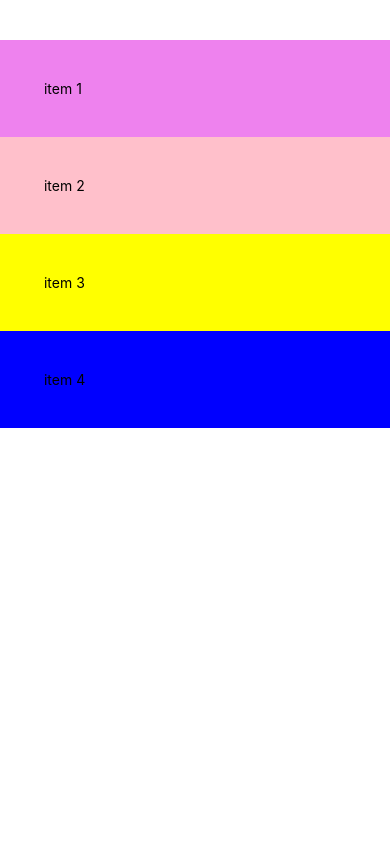
Repository: Ducbii4202/React-Native
Screen: /
The author's editor kept a copy of each file at every save. The screen is drawn from the files as they stood at one save, then again after the next save.
The app was drawn by React Native's web renderer in a window 390 px wide. The project was rebuilt for these pictures with package versions that can differ from the ones it lists, and the page was loaded fresh each time.

Above is the screen before, as saved 2024-09-17 20:38:21.

After the next save:
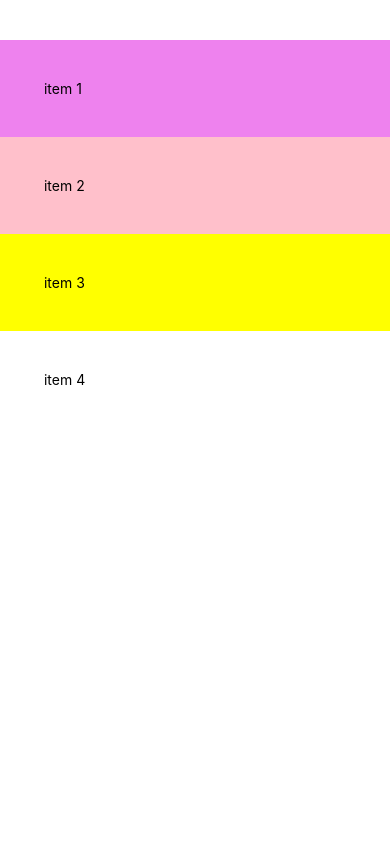
Saved 27 s later.
--- a/components/flexbox.tsx
+++ b/components/flexbox.tsx
@@ -18,7 +18,7 @@ const styles = StyleSheet.create({
     },
     item4: {
         padding: 40,
-        backgroundColor: "blue",
+        backgroundColor: "crye",
     },
 })
 
